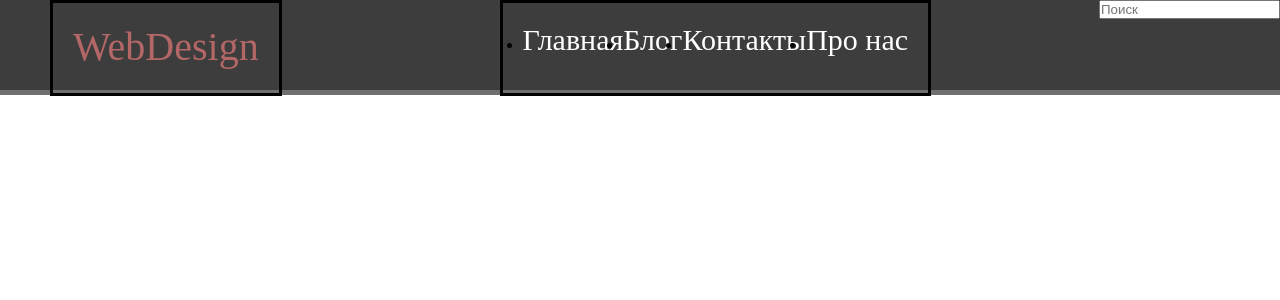
Repository: andbaik/Itprog
Page: index.htm
The author's editor kept a copy of each file at every save. The page is drawn from the files as they stood at one save, then again after the next save.
The browser window is 1280 px wide. The pictures show the whole page.

Above is the page before, as saved 2021-01-19 16:09:49.

After the next save:
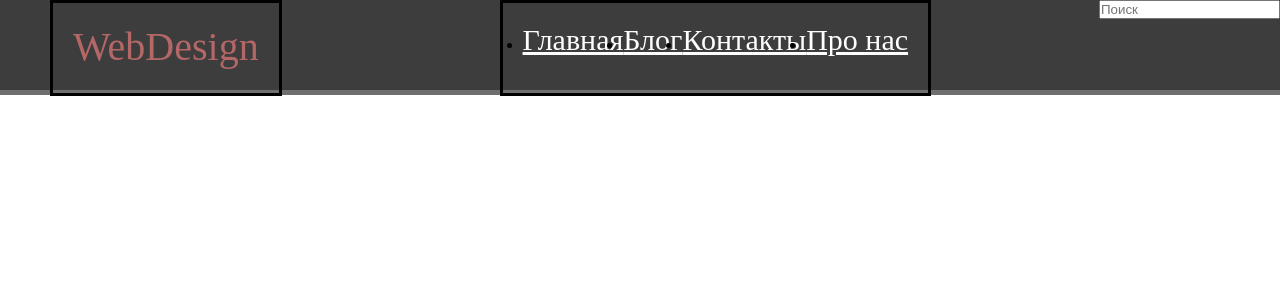
Saved 9 s later.
--- a/css/style.css
+++ b/css/style.css
@@ -43,8 +43,6 @@
 .nav li>a {
     color: #fff;
     font-size: 30px;
-    list-style-type: none;
-    text-decoration: none;
 
 }
 
